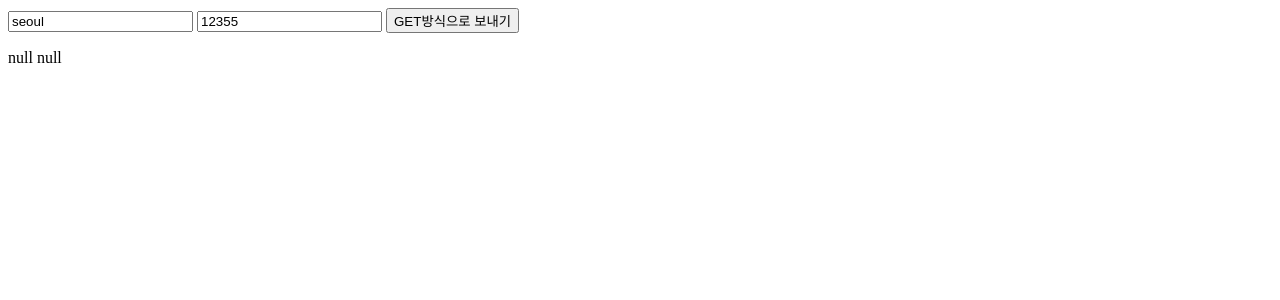
Repository: zoselakt/My_practice_JSP
Page: http://localhost/day06/get_test.jsp
The author's editor kept a copy of each file at every save. The page is drawn from the files as they stood at one save, then again after the next save.
The browser window is 1280 px wide. The pictures show the whole page.
The page is served by Tomcat 9.

Above is the page before, as saved 2022-02-28 10:53:32.

After the next save:
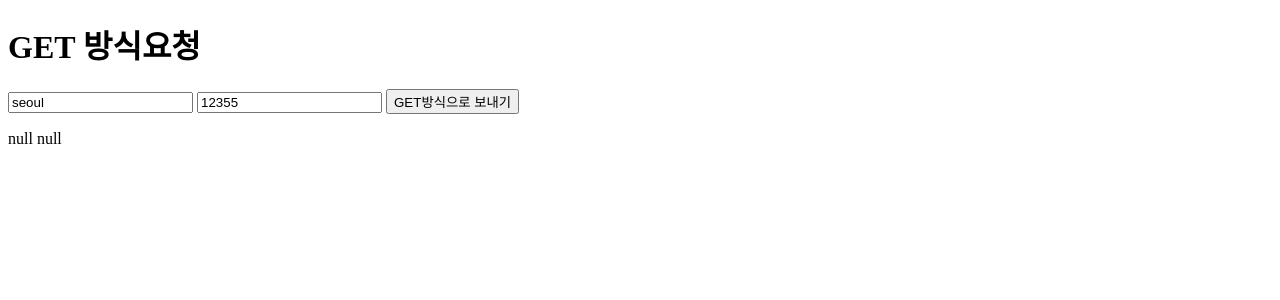
Saved 36 s later.
--- a/day06/WebContent/get_test.jsp
+++ b/day06/WebContent/get_test.jsp
@@ -7,6 +7,7 @@
 <title>Get 방식의 요청</title>
 </head>
 <body>
+	<h1>GET 방식요청</h1>
 	<form>
 		<input type="text" value="seoul" name="city" readonly>
 		<input type="text" value="12355" name="zipcode" readonly>
